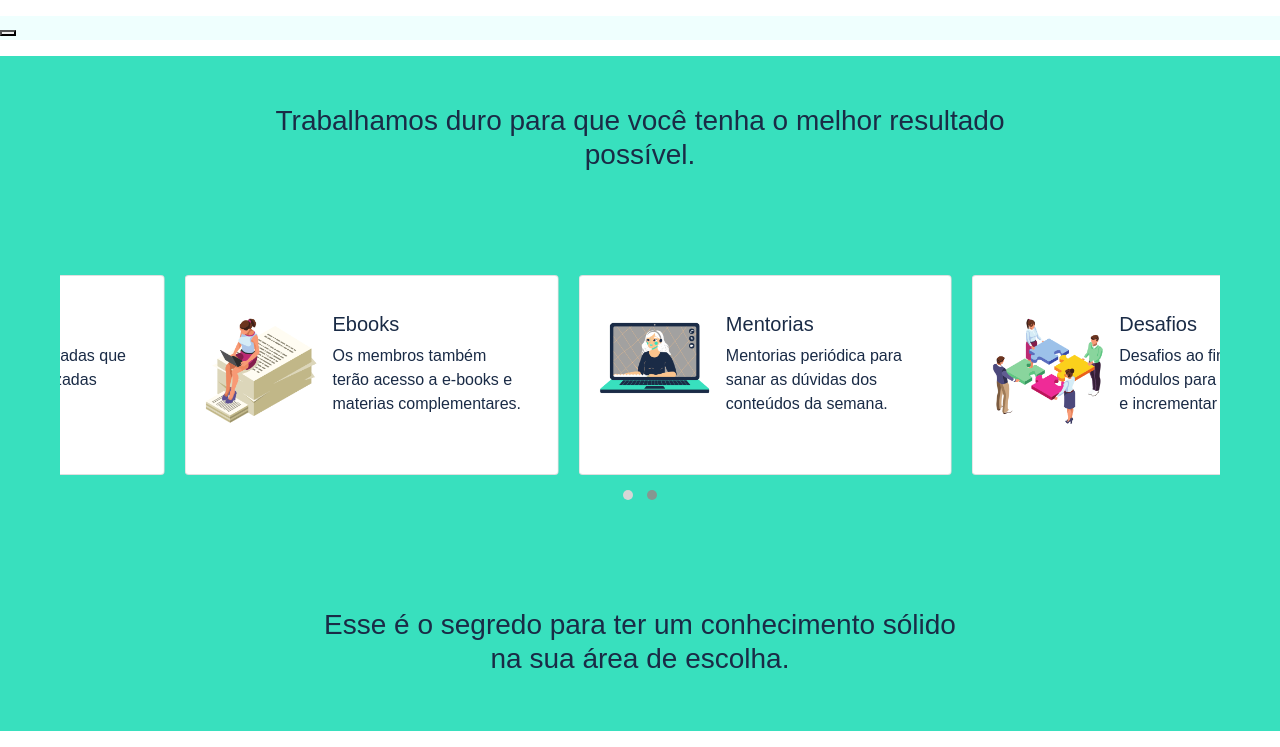
Repository: MarTech-Coders-Planejamento/site-oficial
Page: home.html
An editor plug-in stored every save of this project. The page is shown before and after the next save, followed by the edit.
The browser window is 1280 px wide. The pictures show the whole page.
Some web fonts or font styles are not loaded; a fallback is used.

Above is the page before, as saved 2021-10-25 20:03:40.

### home.html
<!DOCTYPE html>
<html lang="pt-BR">
  <head>
    <meta charset="UTF-8" />
    <meta http-equiv="X-UA-Compatible" content="IE=edge" />
    <meta name="viewport" content="width=device-width, initial-scale=1.0" />
    <!--Fonts Google-->
    <link
      href="https://fonts.googleapis.com/css2?family=Tomorrow:wght@300;400;700&display=swap"
      rel="stylesheet"
    />

    <!-- Bootstrap CSS -->
    <link
      href="https://cdn.jsdelivr.net/npm/bootstrap@5.1.2/dist/css/bootstrap.min.css"
      rel="stylesheet"
      integrity="sha384-uWxY/CJNBR+1zjPWmfnSnVxwRheevXITnMqoEIeG1LJrdI0GlVs/9cVSyPYXdcSF"
      crossorigin="anonymous"
    />

    <!-- Styles -->
    <link rel="stylesheet" href="./css/home.css" />
    <link
      rel="stylesheet"
      href="https://cdnjs.cloudflare.com/ajax/libs/OwlCarousel2/2.3.4/assets/owl.carousel.min.css"
      integrity="sha512-tS3S5qG0BlhnQROyJXvNjeEM4UpMXHrQfTGmbQ1gKmelCxlSEBUaxhRBj/EFTzpbP4RVSrpEikbmdJobCvhE3g=="
      crossorigin="anonymous"
    />
    <link
      rel="stylesheet"
      href="https://cdnjs.cloudflare.com/ajax/libs/OwlCarousel2/2.3.4/assets/owl.theme.default.min.css"
      integrity="sha512-sMXtMNL1zRzolHYKEujM2AqCLUR9F2C4/05cdbxjjLSRvMQIciEPCQZo++nk7go3BtSuK9kfa/s+a4f4i5pLkw=="
      crossorigin="anonymous"
    />

    <title>Home</title>
  </head>
  <body>
    <div class="container-fluid">
      <!--cabeçalho fluido-->
      <header>
        <nav></nav>
      </header>
      <main>
        <section class="bg-one">
          <!--dobra1-->
          <article>
            <header></header>
            <h1></h1>
            <p></p>
            <figure></figure>
            <button></button>
          </article>
        </section>
        <section class="bg-two">
          <!--dobra2-->
          <article>
            <h2></h2>
            <p></p>
            <figure></figure>
          </article>
        </section>
        <section class="bg-one">
          <!--dobra3-->
          <article>
            <header></header>
            <p></p>
            <figure></figure>
          </article>
        </section>
        <section class="bg-two">
          <!--dobra4-->
          <div class="d-flex flex-column">
            <div class="d-flex flex-column">
              <p class="h3 p-5 text-center">
                Trabalhamos duro para que você tenha o melhor resultado <br />
                possível.
              </p>
            </div>
            <div class="row p-5" style="max-width: 100vw; margin: 0;">
              <div class="col-12">
                <div class="owl-carousel owl-theme">
                  <div class="card" style="max-width: 540px; padding: 20px; min-height: 200px;">
                    <div class="row g-0">
                      <div id='image-container' class="col-md-4">
                        <img src="/image/icon-video.png" class="img-fluid rounded-start" alt="...">
                      </div>
                      <div class="col-md-8">
                        <div class="card-body">
                          <h5 class="card-title">Vídeo-aula</h5>
                          <p class="card-text">Vídeo-aulas gravadas que serão disponibilizadas para todos.</p>
                        </div>
                      </div>
                    </div>
                  </div>

                  <div class="card" style="max-width: 540px; padding: 20px; min-height: 200px;">
                    <div class="row g-0">
                      <div id='image-container' class="col-md-4">
                        <img src="/image/icon-ebook.png" class="img-fluid rounded-start" alt="...">
                      </div>
                      <div class="col-md-8">
                        <div class="card-body">
                          <h5 class="card-title">Ebooks</h5>
                          <p class="card-text">Os membros também terão acesso a e-books e materias complementares.</p>
                        </div>
                      </div>
                    </div>
                  </div>
                  <div class="card" style="max-width: 540px; padding: 20px; min-height: 200px;">
                    <div class="row g-0">
                      <div id='image-container' class="col-md-4">
                        <img src="/image/icon-mentoria.png" class="img-fluid rounded-start" alt="...">
                      </div>
                      <div class="col-md-8">
                        <div class="card-body">
                          <h5 class="card-title">Mentorias</h5>
                          <p class="card-text">Mentorias periódica para sanar as dúvidas dos conteúdos da semana.</p>
                        </div>
                      </div>
                    </div>
                  </div>
                  <div class="card" style="max-width: 540px; padding: 20px; min-height: 200px;">
                    <div class="row g-0">
                      <div id='image-container' class="col-md-4">
                        <img src="/image/icon-desafio.png" class="img-fluid rounded-start" alt="...">
                      </div>
                      <div class="col-md-8">
                        <div class="card-body">
                          <h5 class="card-title">Desafios</h5>
                          <p class="card-text">Desafios ao final dos módulos para inspirarem e incrementar o portfólio.</p>
                        </div>
                      </div>
                    </div>
                  </div>

                </div>
              </div>
            </div>
            <div class="d-flex flex-column">
              <p class="h3 p-5 text-center">
                Esse é o segredo para ter um conhecimento sólido <br />
                na sua área de escolha.
              </p>
            </div>
          </div>
        </section>
      </main>

      <footer class="bg-one">
        <!--footer-->
        <article></article>
        <p></p>
      </footer>
    </div>

    <!-- Owl Carousel -->

    <script src="https://cdnjs.cloudflare.com/ajax/libs/jquery/3.6.0/jquery.min.js"></script>

    <!-- Bootstrap Bundle javascript -->
    <script
      src="https://cdn.jsdelivr.net/npm/bootstrap@5.1.2/dist/js/bootstrap.bundle.min.js"
      integrity="sha384-kQtW33rZJAHjgefvhyyzcGF3C5TFyBQBA13V1RKPf4uH+bwyzQxZ6CmMZHmNBEfJ"
      crossorigin="anonymous"
    ></script>

    <!-- Owl Carousel -->

    <script
      src="https://cdnjs.cloudflare.com/ajax/libs/OwlCarousel2/2.3.4/owl.carousel.min.js"
      integrity="sha512-bPs7Ae6pVvhOSiIcyUClR7/q2OAsRiovw4vAkX+zJbw3ShAeeqezq50RIIcIURq7Oa20rW2n2q+fyXBNcU9lrw=="
      crossorigin="anonymous"
    ></script>

    <!-- Slider -->

    <script>
      $(".owl-carousel").owlCarousel({
        loop: true,
        autoplay: true,
        margin: 20,
        animateOut: "fadeOut",
        animateIn: "fadeIn",
        autoplayHoverPause: true,
        responsive: {
          0: {
            items: 1,
            nav: false,
          },
          600: {
            items: 2,
            nav: false,
          },
          1000: {
            items: 3,
            loop: false,
          },
        },
      });
    </script>
  </body>
</html>

### css/home.css
:root {
  --bg: #effffe;
  --bg2: #38e0be;
  --texto: #1a2b46;
}
* {
  font-family: "Tomorrow", sans-serif;
}

.container-fluid {
  padding-right: 0;
  padding-left: 0;
  margin-right: auto;
  margin-left: auto;
}

.bg-one {
  background-color: var(--bg);
  color: var(--texto);
}
.bg-two {
  background-color: var(--bg2);
  color: var(--texto);
}

/* Slider Container*/

#image-container{
  padding-top: 20px;
}

After the next save:
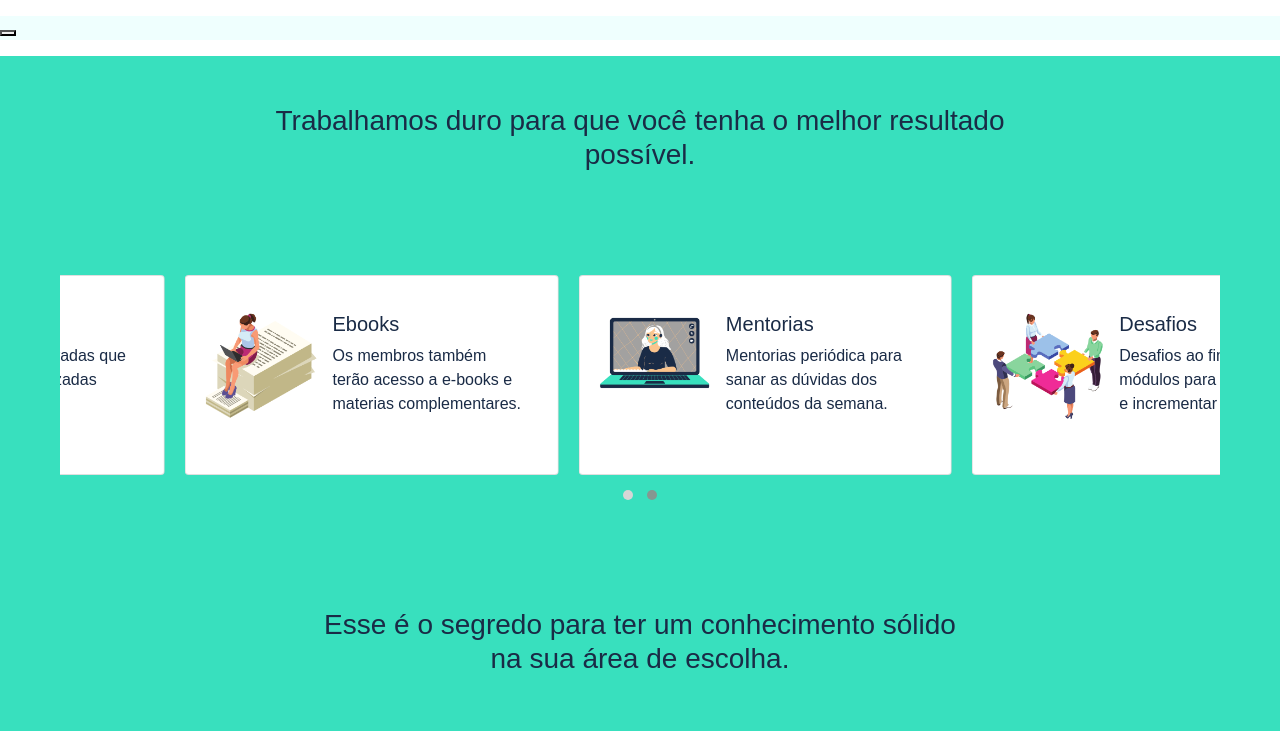
Saved 9 s later.
--- a/css/home.css
+++ b/css/home.css
@@ -26,5 +26,5 @@
 /* Slider Container*/
 
 #image-container{
-  padding-top: 20px;
+  padding-top: 15px;
 }
